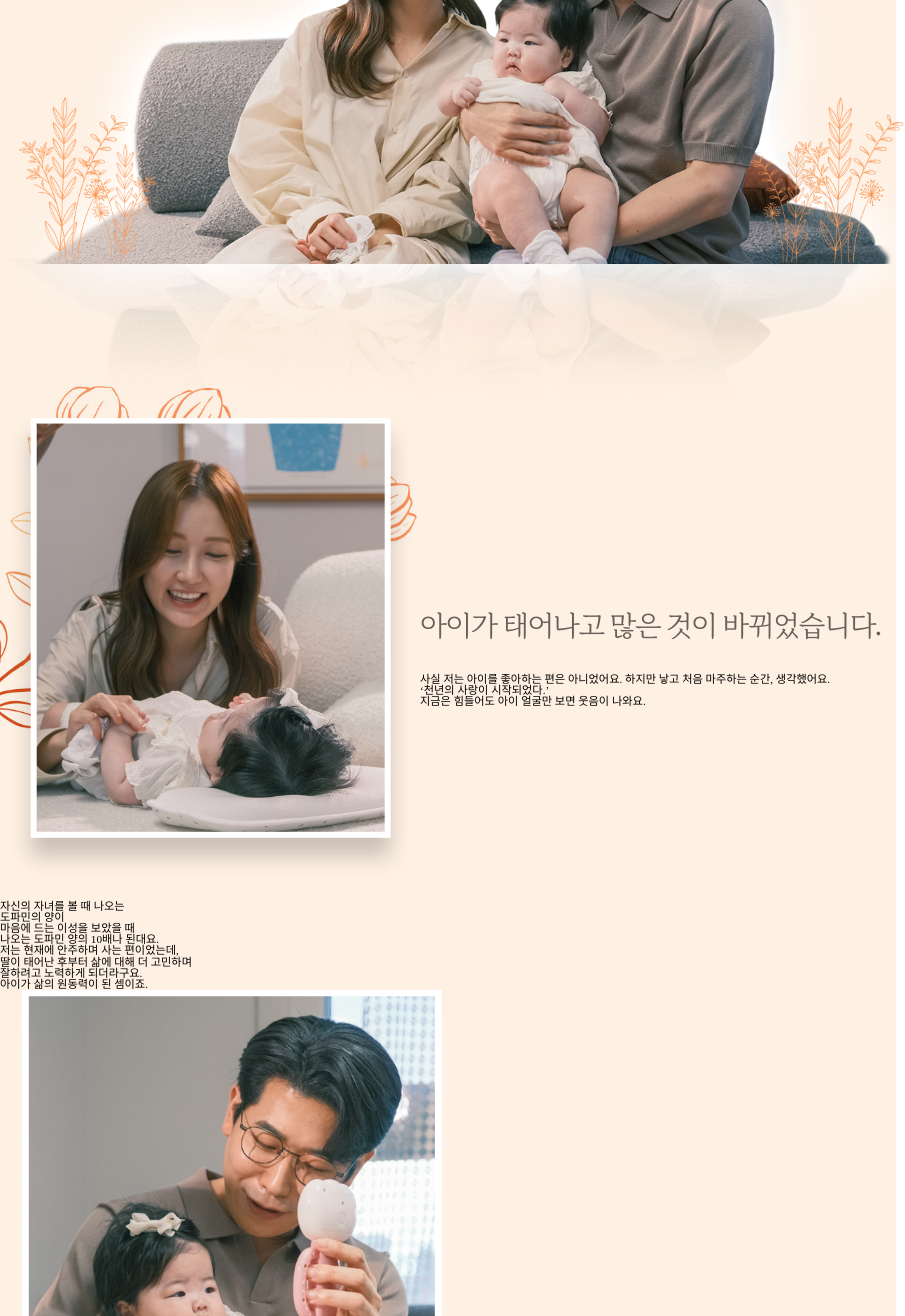
Repository: dlgywls1130/saveTheChildren
Page: index.html
The author's editor kept a copy of each file at every save. The page is drawn from the files as they stood at one save, then again after the next save.
The browser window is 1280 px wide. The page is 1293 px wide, so the pictures cover 1293 px, including what lies to the right of the window. The pictures show the part of the page from y = 2566 to 4446 px (the page is 10571 px tall), at 70% of full size.
Some web fonts or font styles are not loaded; a fallback is used. The style sheet was rebuilt from its Sass, Less or Tailwind sources for each picture, by a compiler version that may differ from the author's.

Above is the page before, as saved 2024-11-01 22:27:48.

After the next save:
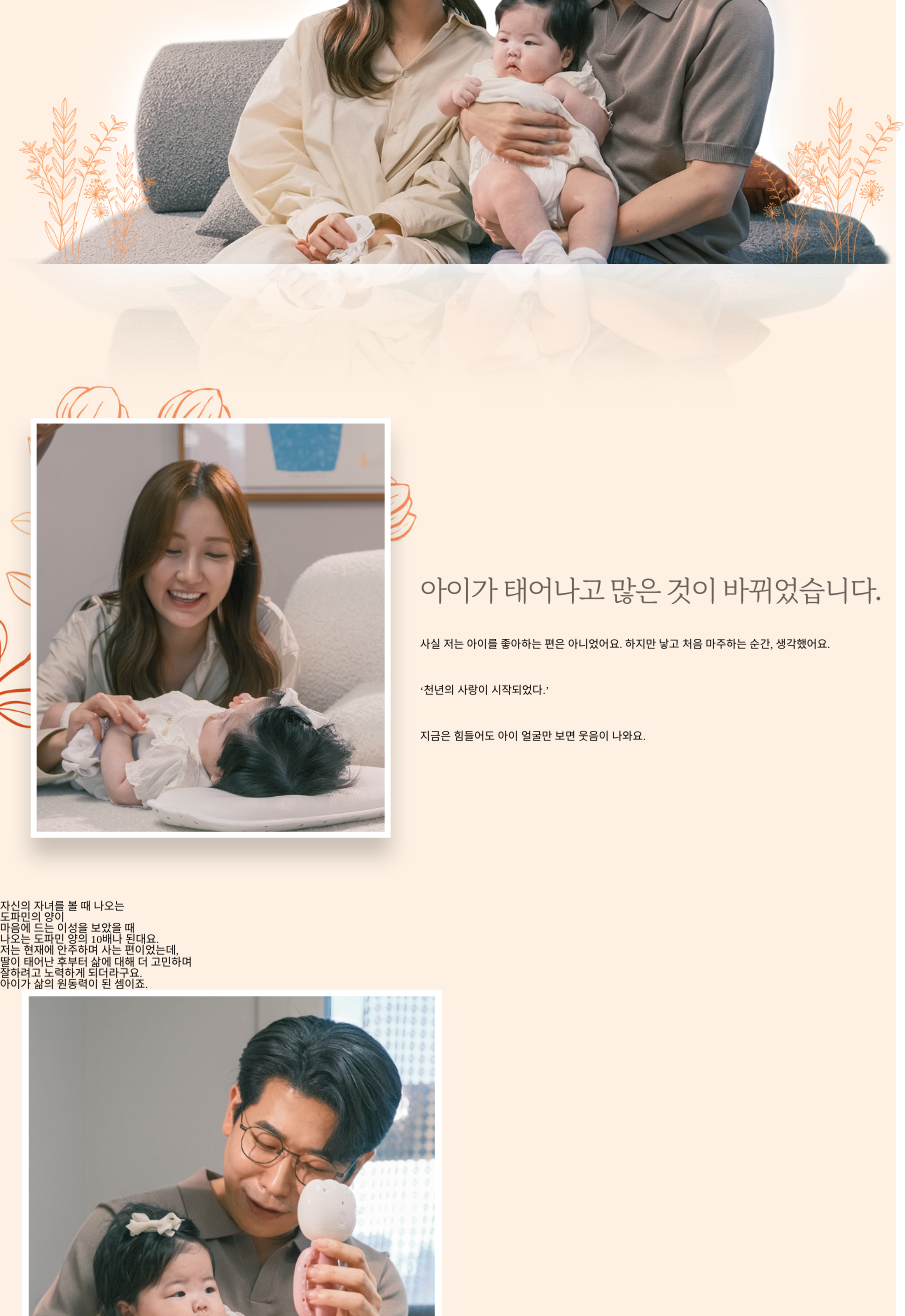
Saved 17 s later.
--- a/index.html
+++ b/index.html
@@ -79,11 +79,11 @@
                         <p class="story_text_01 mb-50">
                             아이가 태어나고 많은 것이 바뀌었습니다.
                         </p>
-                        <p class="story_text_02">
+                        <p class="story_text_02 mb-50">
                             사실 저는 아이를 좋아하는 편은 아니었어요.
                             하지만 낳고 처음 마주하는 순간, 생각했어요.
                         </p>
-                        <p class="story_text_03">
+                        <p class="story_text_03 mb-50">
                             ‘천년의 사랑이 시작되었다.’
                         </p>
 
